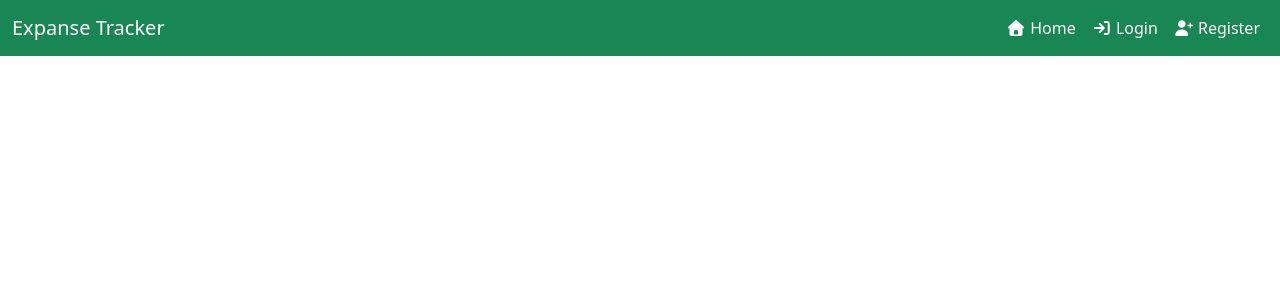
Repository: Hashim-Ansari-82/Java_Project
Page: http://localhost/Online_Expanse_Tracker/
These files come from the project's save history. The page is drawn as it stood at one moment and after the next save; the edit follows.
The browser window is 1280 px wide. The pictures show the whole page.
Some web libraries are served in a nearby version. The page is served by Tomcat 9.

Above is the page before, as saved 2026-05-25 04:50:00.

After the next save:
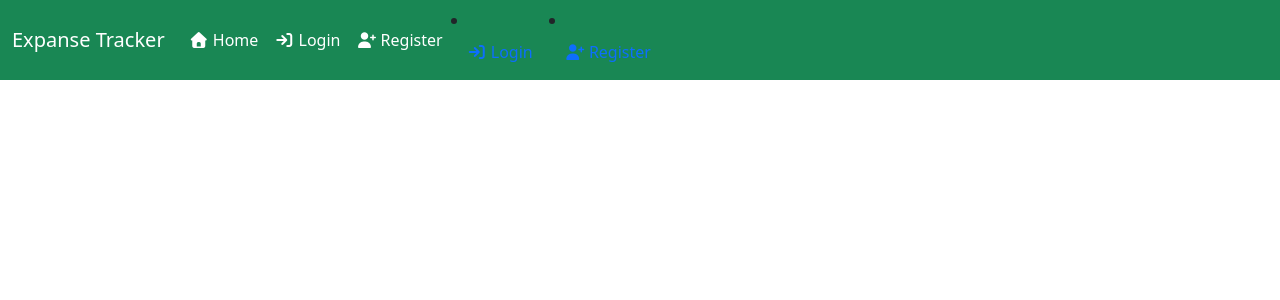
Saved 92 s later.
--- a/Online_Expanse_Tracker/src/main/webapp/index.jsp
+++ b/Online_Expanse_Tracker/src/main/webapp/index.jsp
@@ -36,6 +36,12 @@
 					<li class="nav-item"><a class="nav-link active" href="#">
 					<i class="fa-solid fa-user-plus"></i> Register</a></li>
 				</ul>
+			<div class="collapse navbar-collapse" id="navbarSupportedContent">
+					<li class="nav-item"><a class="nav-link active" href="#">
+					<i class="fa-solid fa-arrow-right-to-bracket"></i> Login</a></li>
+					<li class="nav-item"><a class="nav-link active" href="#">
+					<i class="fa-solid fa-user-plus"></i> Register</a></li>
+				</ul>
 			</div>
 		</div>
 	</nav>

After the save that followed:
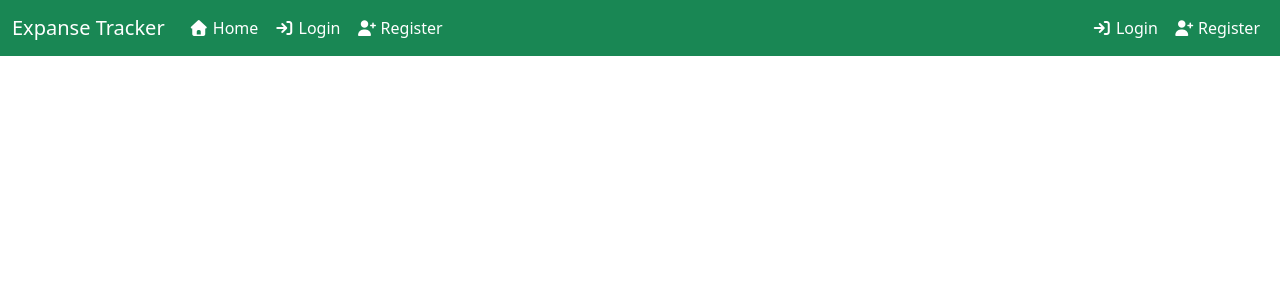
Saved 15 s later.
--- a/Online_Expanse_Tracker/src/main/webapp/index.jsp
+++ b/Online_Expanse_Tracker/src/main/webapp/index.jsp
@@ -37,6 +37,7 @@
 					<i class="fa-solid fa-user-plus"></i> Register</a></li>
 				</ul>
 			<div class="collapse navbar-collapse" id="navbarSupportedContent">
+				<ul class="navbar-nav ms-auto mb-2 mb-lg-0">
 					<li class="nav-item"><a class="nav-link active" href="#">
 					<i class="fa-solid fa-arrow-right-to-bracket"></i> Login</a></li>
 					<li class="nav-item"><a class="nav-link active" href="#">
